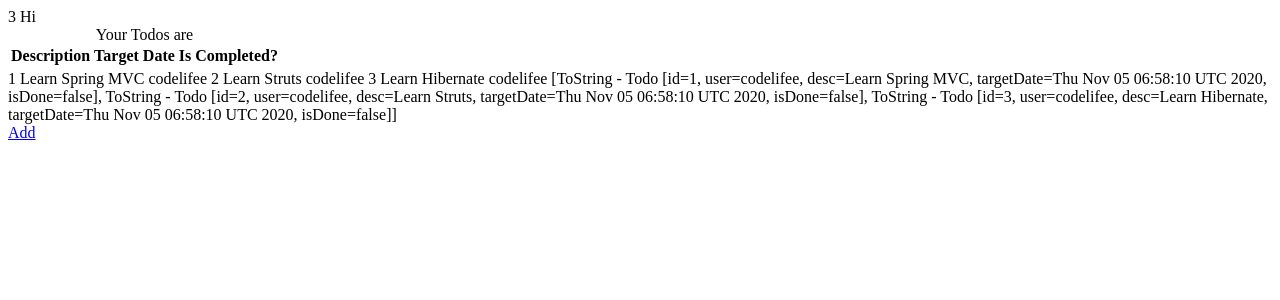
Repository: codelifee/spring-mvc-project
Page: http://localhost/springmvc/list-todos
An editor plug-in stored every save of this project. The page is shown before and after the next save, followed by the edit.
The browser window is 1280 px wide. The pictures show the whole page.
The page is served by Tomcat 9. Other server files are loaded and not shown. The template is opened directly, without the code that normally fills it, so the values that code supplies are empty.

Above is the page before, as saved 2020-11-16 04:07:40.

### springmvc/src/main/webapp/WEB-INF/views/list-todos.jsp
<%@ page language="java" contentType="text/html; charset=EUC-KR"
    pageEncoding="EUC-KR"%>
<%@ taglib uri="http://java.sun.com/jsp/jstl/core" prefix="c" %>
<!DOCTYPE html>3
<html>
<head>
<meta charset="EUC-KR">
<title>Insert title here</title>
</head>
<body>
Hi ${name} <br/>

<table>
	<caption>Your Todos are</caption>
	<thead>
		<tr>
			<th>Description</th>
			<th>Target Date</th>
			<th>Is Completed?</th>
		</tr>
	</thead>

	<tbody>
		<tr></tr>
	</tbody>
</table>


<!-- for(todo:todos) -->
<c:forEach items="${todos}" var="todo">
	${todo.id} ${todo.desc} ${todo.user}
</c:forEach>
${todos} <br>

<a class="button" href="/add-todo">Add</a>
</body>
</html>

After the next save:
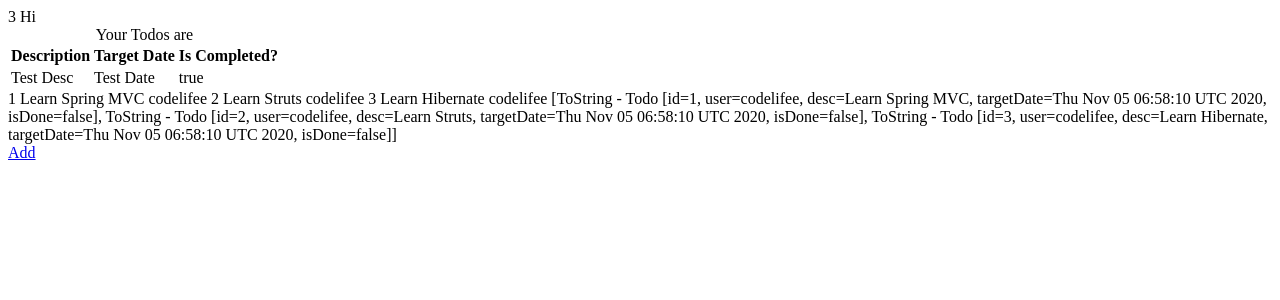
Saved 45 s later.
--- a/springmvc/src/main/webapp/WEB-INF/views/list-todos.jsp
+++ b/springmvc/src/main/webapp/WEB-INF/views/list-todos.jsp
@@ -21,7 +21,11 @@ Hi ${name} <br/>
 	</thead>
 
 	<tbody>
-		<tr></tr>
+		<tr>
+			<td>Test Desc</td>
+			<td>Test Date</td>
+			<td>true</td>
+		</tr>
 	</tbody>
 </table>
 
